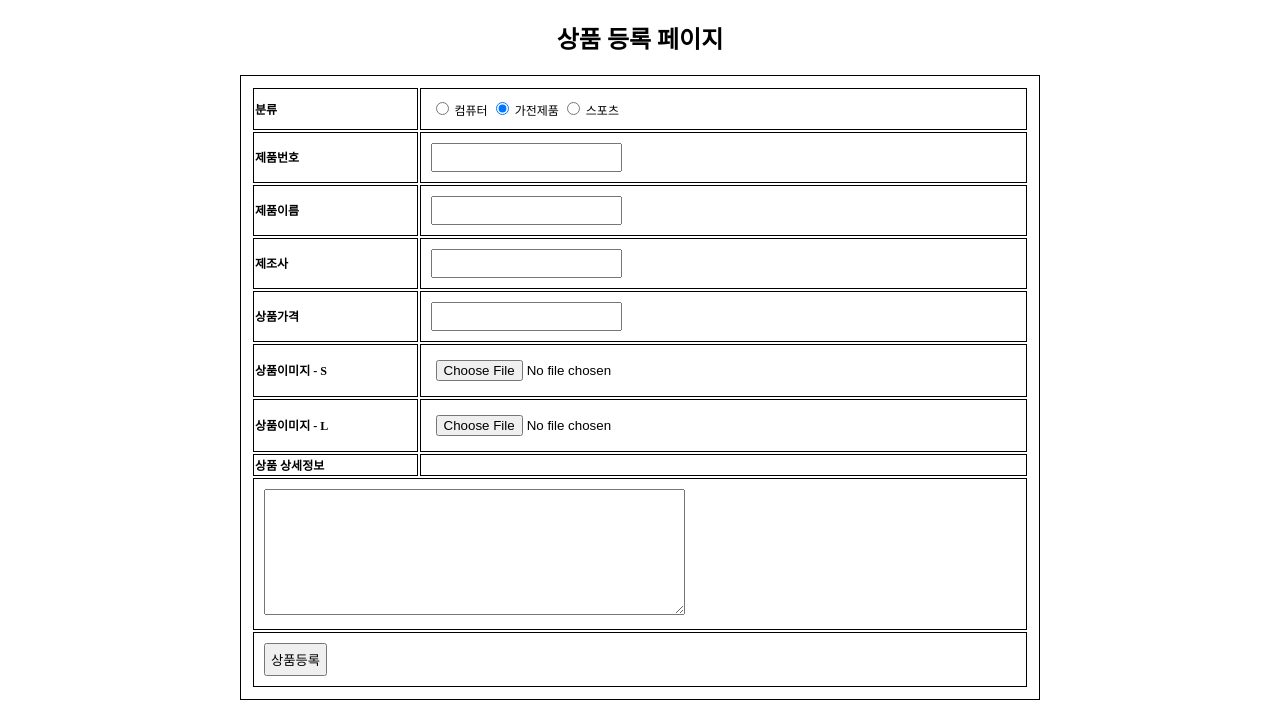
Repository: xlz5000/ICT
Page: http://localhost/spring_mvc02/WEB-INF/views/day08/product_add.jsp
These files come from the project's save history. The page is drawn as it stood at one moment and after the next save; the edit follows.
The browser window is 1280 px wide. The pictures show the whole page.
The page is served by Tomcat 9. Nobody is signed in. The template is opened directly, without the code that normally fills it, so the values that code supplies are empty.

Above is the page before, as saved 2025-04-18 02:40:45.

After the next save:
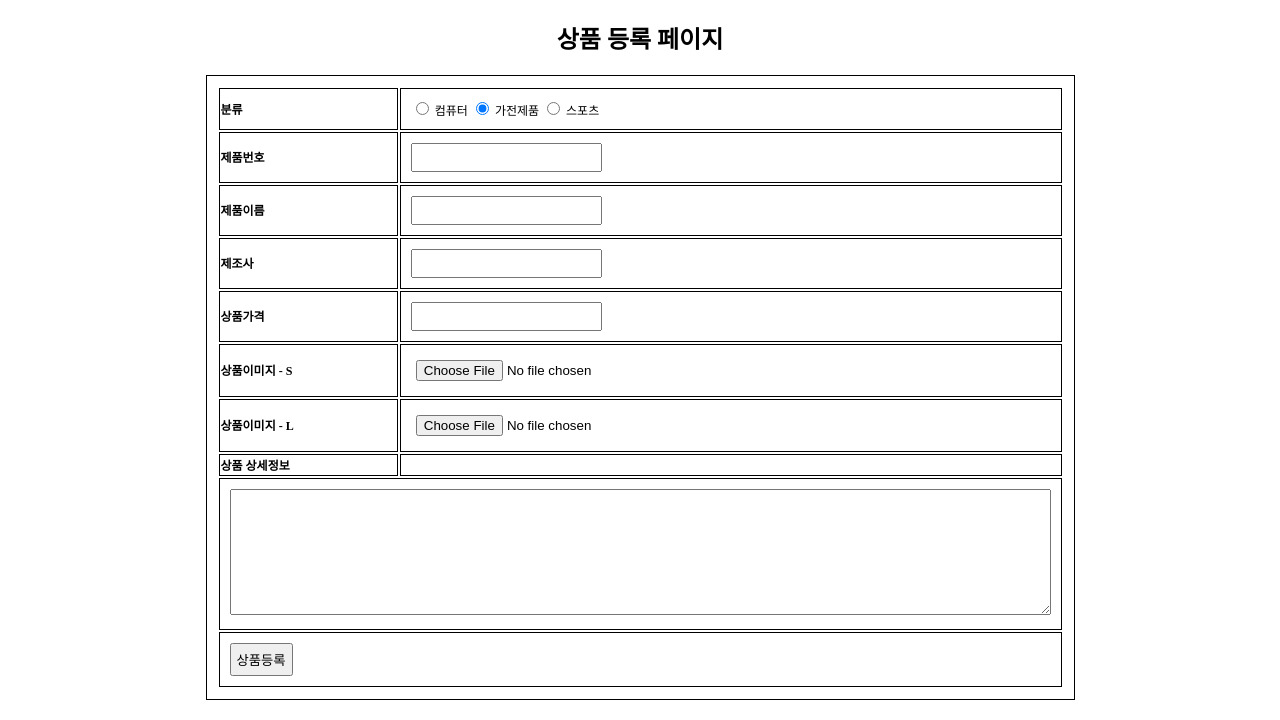
Saved 23 s later.
--- a/spring_mvc02/src/main/webapp/WEB-INF/views/day08/product_add.jsp
+++ b/spring_mvc02/src/main/webapp/WEB-INF/views/day08/product_add.jsp
@@ -94,7 +94,7 @@
 					<tr>
 						<td colspan="2">
 
-						<textarea rows="8" cols="50" name="p_content"></textarea>
+						<textarea rows="8" cols="100" name="p_content"></textarea>
 
 						</td>
 
